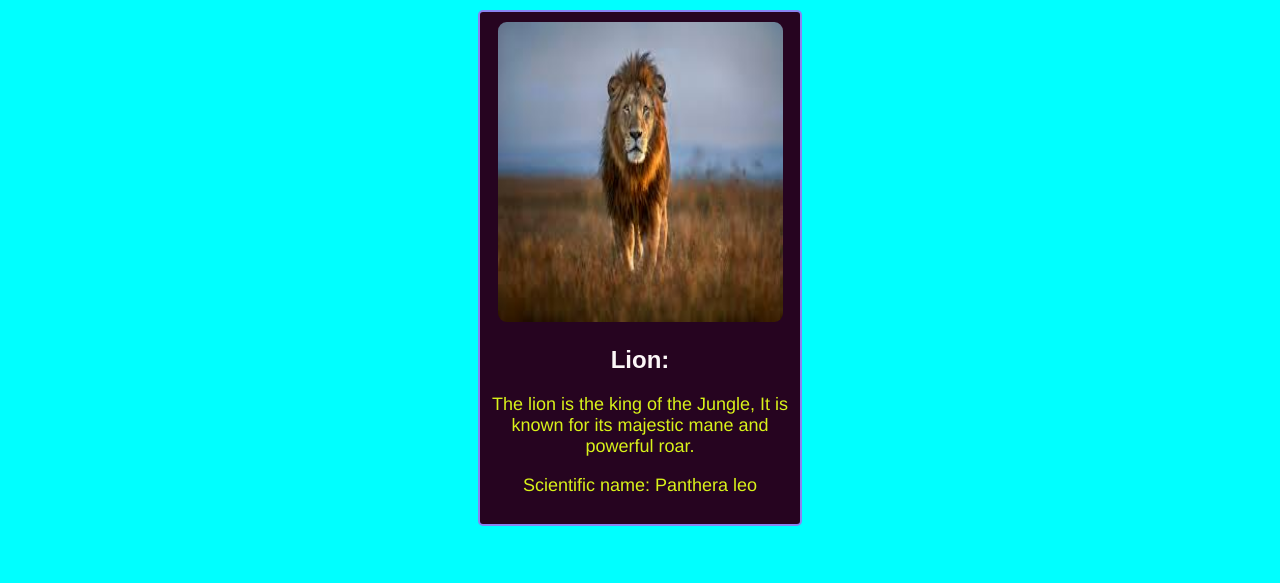
Repository: KingBoyMaylow/Animal-trading-card
Page: index.html
These files come from the project's save history. The page is drawn as it stood at one moment and after the next save; the edit follows.
The browser window is 1280 px wide. The pictures show the whole page.

Above is the page before, as saved 2024-05-13 22:25:05.

### index.html
<!DOCTYPE html>
<html lang="en">
<head>
    <meta charset="UTF-8">
    <meta name="viewport" content="width=device-width, initial-scale=1.0">
    <title>Document</title>
</head>
<body>
    <style>
    body {
        font-family: Arial, sans-serif;
        text-align: center;
        background-color: aqua;
    }
    .card {
        width: 300px;
        border: 2px solid #8a83f1;
        border-radius: 5px;
        margin: 10px auto;
        padding: 10px;
        background-color: #260420;
    }
    .card img {
        width: 95%;
        border-radius: 3%;
        height: 300px;
    }
    .card h2 {
        color: #fcf7f7;
    }
    .card p {
        color: #d9f21a;
        font-size: large;
        font-family: 'Franklin Gothic Medium', 'Arial Narrow', Arial, sans-serif;
    }
</style>
</head>
<body>
    <div class="card">
        <img src="lion.jpeg" alt="Lion">
        <h2>Lion:</h2>
        <p>The lion is the king of the Jungle, It is known for its majestic mane and powerful roar.</p>
        <p>Scientific name: Panthera leo</p>
    </div>
</body>
</html>

After the next save:
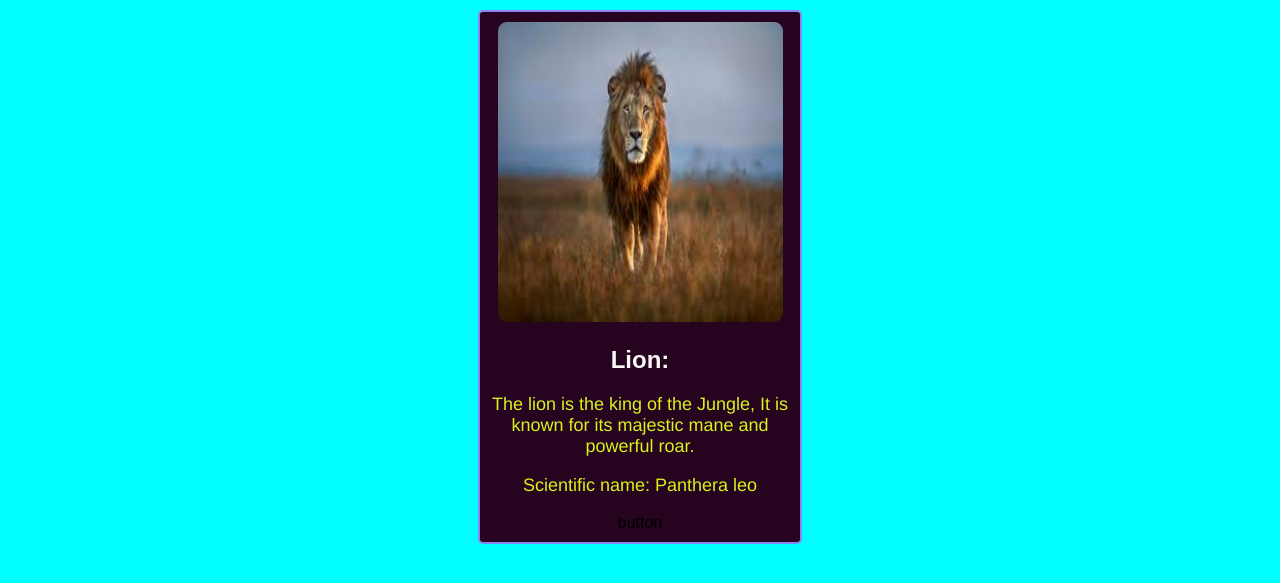
Saved 15 h 17 min later.
--- a/index.html
+++ b/index.html
@@ -41,6 +41,7 @@
         <h2>Lion:</h2>
         <p>The lion is the king of the Jungle, It is known for its majestic mane and powerful roar.</p>
         <p>Scientific name: Panthera leo</p>
+        button
     </div>
 </body>
 </html>
